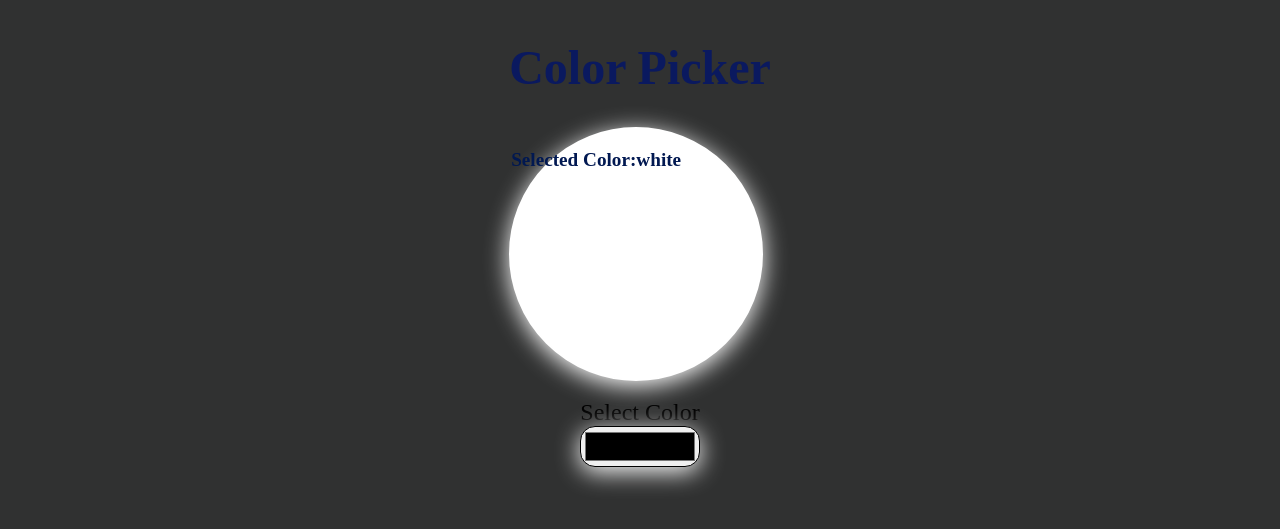
Repository: rkrukshan/Color-Picker--React-
Page: /
These files come from the project's save history. The page is drawn as it stood at one moment and after a run of saves; the edit follows.
The browser window is 1280 px wide. The pictures show the whole page.
The project was rebuilt for these pictures with package versions that can differ from the ones it lists, and the page was loaded fresh each time. Also part of the build but not shown: vite.config.js.

Above is the page before, as saved 2024-07-21 19:13:34.

### src/App.jsx
import ColorPicker from "./ColorPicker"

function App() {

  return (
    <>
    <ColorPicker/>
    </>
  )

}

export default App

### src/index.css
body{
  background-color:rgb(48, 49, 49);
}
.cp-container {
  text-align: center;
  display: grid;
  align-items:center;
  justify-content: center;
}
.heading {
  color: rgb(10, 25, 95);
  font-size: 3em;
}
.color-pad {
  height: 250px;
  width: 250px;
  border:2px solid rgb(255, 255, 255);
  border-radius: 50%;
  box-shadow:0px 5px 25px rgb(255, 255, 255);
  transition: .25s;
  display: flex;
  align-itemscen
}
.selectedlabel
{
  font-size: larger;
  font-weight: bolder;
  color:rgb(1, 24, 81);
}
.selectlabel{
font-size: 1.5em;
}
.colorpicker{
  width: 9em;
  height: 41px;
  border-radius:15px;
  box-shadow:0px 5px 25px rgb(255, 255, 255);
  transition: 11s;
}

### src/ColorPicker.jsx
import { useState } from "react";

function ColorPicker() {
  const [color, setColor] = useState("white");

  function updateColor(event) {
    setColor(event.target.value);
  }
  return (
    <div className="cp-container">
      <h1 className="heading">Color Picker</h1>
      <div className="color-pad" style={{ backgroundColor: color }}>
        <p htmlFor="cp" className="selectedlabel">
          Selected Color:{color}
        </p>
      </div>
      <br />
      <div className="btncp">
        <label htmlFor="scp" className="selectlabel">
          Select Color
        </label>
        <br />
        <input
          type="color"
          value={color}
          onChange={updateColor}
          className="colorpicker"
        />
      </div>
    </div>
  );
}
export default ColorPicker;

Loaded but not shown: index.html (common file); src/main.jsx (common file)

After the next 4 saves:
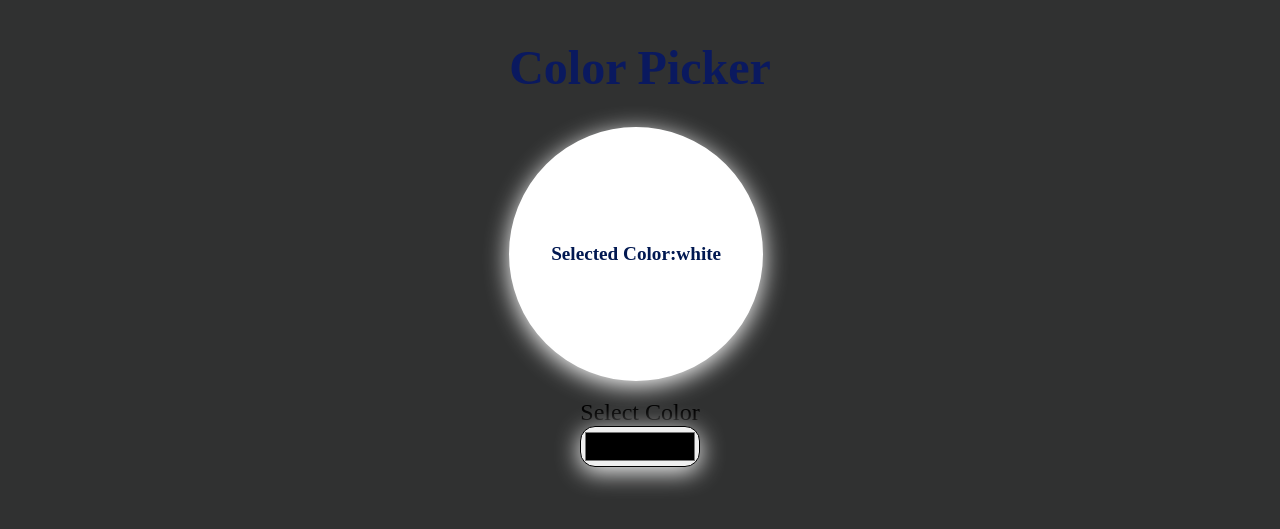
The 4 saves are shown as one change because they came seconds apart.
The last was saved 11 s later.
--- a/src/index.css
+++ b/src/index.css
@@ -19,7 +19,8 @@ body{
   box-shadow:0px 5px 25px rgb(255, 255, 255);
   transition: .25s;
   display: flex;
-  align-itemscen
+  align-items:center;
+  justify-content: center;
 }
 .selectedlabel
 {
